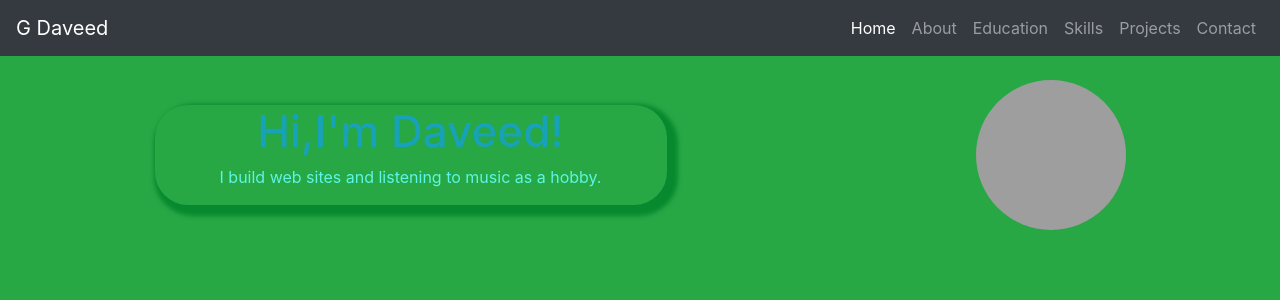
Repository: DaveedGangi/DaveedWebsite
Page: one.html
An editor plug-in stored every save of this project. The page is shown before and after the next save, followed by the edit.
The browser window is 1280 px wide. The pictures show the whole page.
Pictures or frames that could not be fetched are drawn as grey boxes.

Above is the page before, as saved 2023-10-23 11:45:09.

### one.html
<html>
    <head>
    <link rel="stylesheet" href="two.css"></link>
    <link rel="stylesheet" href="https://cdn.jsdelivr.net/npm/bootstrap@4.5.3/dist/css/bootstrap.min.css" integrity="sha384-TX8t27EcRE3e/ihU7zmQxVncDAy5uIKz4rEkgIXeMed4M0jlfIDPvg6uqKI2xXr2" crossorigin="anonymous">
    <script src="https://code.jquery.com/jquery-3.5.1.slim.min.js" integrity="sha384-DfXdz2htPH0lsSSs5nCTpuj/zy4C+OGpamoFVy38MVBnE+IbbVYUew+OrCXaRkfj" crossorigin="anonymous"></script>
    <script src="https://cdn.jsdelivr.net/npm/bootstrap@4.5.3/dist/js/bootstrap.bundle.min.js" integrity="sha384-ho+j7jyWK8fNQe+A12Hb8AhRq26LrZ/JpcUGGOn+Y7RsweNrtN/tE3MoK7ZeZDyx" crossorigin="anonymous"></script>



</head>

<body>
<div class="bgcontainer bg-success">
    <nav class="navbar navbar-expand-lg navbar-dark bg-dark">
        <a class="navbar-brand" href="#">G Daveed</a>
        <button class="navbar-toggler" type="button" data-toggle="collapse" data-target="#navbarNavAltMarkup" aria-controls="navbarNavAltMarkup" aria-expanded="false" aria-label="Toggle navigation">
          <span class="navbar-toggler-icon"></span>
        </button>
        <div class="collapse navbar-collapse" id="navbarNavAltMarkup">
          <div class="navbar-nav ml-auto">
            <a class="nav-link active" href="#">Home <span class="sr-only">(current)</span></a>

            <a class="nav-link" href="#">About</a>
            <a class="nav-link" href="#">Education</a>
            <a class="nav-link" href="#">Skills</a>
            <a class="nav-link" href="#">Projects</a>
            <a class="nav-link" href="#">Contact</a>

          </div>
        </div>
      </nav>


      <div class="mystory">
        <div class="card1">
        <h1 class="hi text-info">Hi,I'm Daveed!</h1>
        <p class="paragraph">I build web sites and listening to music as a hobby.</p>


      </div>
      <div>
        <img class="image" src="https://i.ibb.co/T4YX7Jh/IMG-20221229-170952.jpg">
      </div>

    </div>





    </div>

</body>
</html>

### two.css
.bgcontainer {
    height:100vh;
    background-size:cover;

}
.mystory{
    color:rgb(93, 245, 230);
    display: flex;
    flex-direction: row;
    padding-top:24px;
    justify-content:space-around;
    align-items: center;

}
.image{
    height:150px;
    width:150px;
    border-radius:100px;
}
.card1{

    width:40vw;
    text-align: center;
    border-radius: 33px;
    display: flex;
    flex-direction: column;
    align-items:center;
    box-shadow:5px 5px 4px 6px rgb(7, 138, 47);
}
.hi{
    font-size:44px;
}

After the next save:
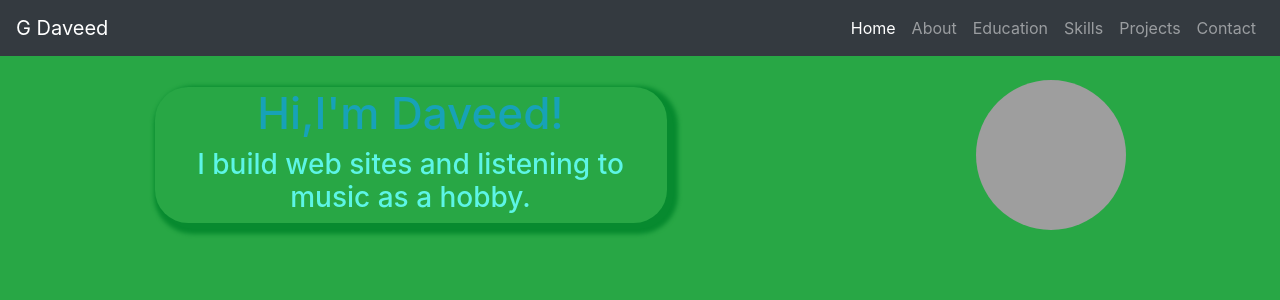
Saved 6 s later.
--- a/one.html
+++ b/one.html
@@ -34,7 +34,7 @@
       <div class="mystory">
         <div class="card1">
         <h1 class="hi text-info">Hi,I'm Daveed!</h1>
-        <p class="paragraph">I build web sites and listening to music as a hobby.</p>
+        <h3 class="paragraph">I build web sites and listening to music as a hobby.</h3>
 
 
       </div>
